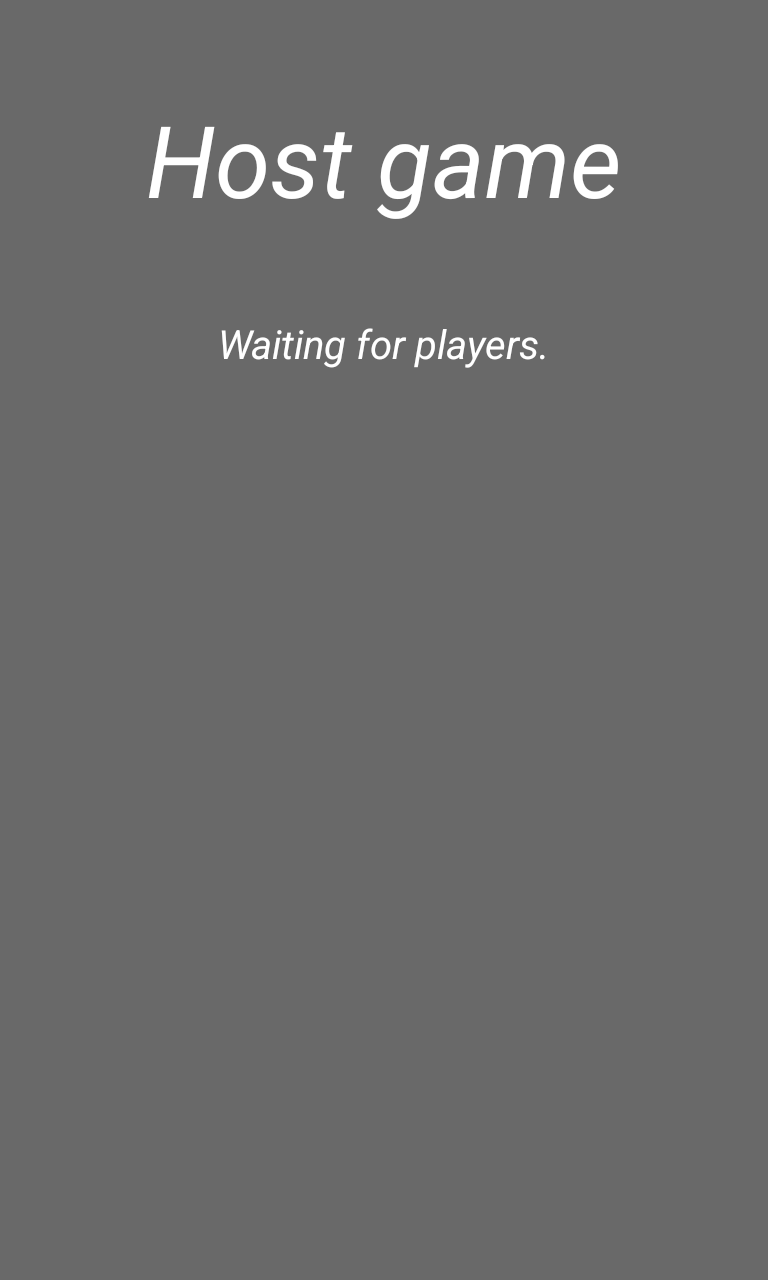
Repository: Hannanina/GuessTag
Layout: GuessTag/res/layout/activity_wait_host.xml
These files come from the project's save history. The layout is drawn as it stood at one moment and after the next save; the edit follows.
It is drawn on a 768 x 1280 px phone screen (xhdpi) without system bars, with theme AppTheme; the app's code is not run.

Above is the layout before, as saved 2014-12-10 13:50:35.

### GuessTag/res/layout/activity_wait_host.xml
<LinearLayout xmlns:android="http://schemas.android.com/apk/res/android"
    xmlns:tools="http://schemas.android.com/tools"
    android:layout_width="match_parent"
    android:layout_height="match_parent"
    android:paddingBottom="@dimen/activity_vertical_margin"
    android:paddingLeft="@dimen/activity_horizontal_margin"
    android:paddingRight="@dimen/activity_horizontal_margin"
    android:paddingTop="@dimen/activity_vertical_margin"
    android:orientation="vertical"
    android:background="@color/DimGray"
    tools:context="com.example.guesstag.WaitHostActivity" >

    <TextView
        android:id="@+id/host_wait_heading"
        android:layout_marginTop="30dp"
        android:layout_marginBottom="15dp"
        android:layout_width="wrap_content"
	    android:layout_height="wrap_content"
	    android:layout_gravity="center"
	    android:text="@string/host_wait_heading"
	    android:textStyle="italic"
	    android:textSize="50sp"
	    android:textColor="@color/White">
    </TextView>

    <TextView
        android:id="@+id/waiting_for_players"
        android:layout_marginTop="30dp"
        android:layout_marginBottom="15dp"
        android:layout_width="wrap_content"
	    android:layout_height="wrap_content"
	    android:layout_gravity="center"
	    android:text="@string/waiting_for_players"
	    android:textStyle="italic"
	    android:textSize="20sp"
	    android:textColor="@color/White">
    </TextView>

</LinearLayout>

### GuessTag/res/values/colors.xml
<?xml version="1.0" encoding="utf-8"?>
<resources>
 <color name="white">#FFFFFF</color>
 <color name="yellow">#FFFF00</color>
 <color name="fuchsia">#FF00FF</color>
 <color name="red">#FF0000</color>
 <color name="silver">#C0C0C0</color>
 <color name="gray">#808080</color>
 <color name="olive">#808000</color>
 <color name="purple">#800080</color>
 <color name="maroon">#800000</color>
 <color name="aqua">#00FFFF</color>
 <color name="lime">#00FF00</color>
 <color name="teal">#008080</color>
 <color name="green">#008000</color>
 <color name="blue">#0000FF</color>
 <color name="navy">#000080</color>
 <color name="black">#000000</color>


 <color name="White">#FFFFFF</color>
 <color name="Ivory">#FFFFF0</color>
 <color name="LightYellow">#FFFFE0</color>
 <color name="Yellow">#FFFF00</color>
 <color name="Snow">#FFFAFA</color>
 <color name="FloralWhite">#FFFAF0</color>
 <color name="LemonChiffon">#FFFACD</color>
 <color name="Cornsilk">#FFF8DC</color>
 <color name="Seashell">#FFF5EE</color>
 <color name="LavenderBlush">#FFF0F5</color>
 <color name="PapayaWhip">#FFEFD5</color>
 <color name="BlanchedAlmond">#FFEBCD</color>
 <color name="MistyRose">#FFE4E1</color>
 <color name="Bisque">#FFE4C4</color>
 <color name="Moccasin">#FFE4B5</color>
 <color name="NavajoWhite">#FFDEAD</color>
 <color name="PeachPuff">#FFDAB9</color>
 <color name="Gold">#FFD700</color>
 <color name="Pink">#FFC0CB</color>
 <color name="LightPink">#FFB6C1</color>
 <color name="Orange">#FFA500</color>
 <color name="LightSalmon">#FFA07A</color>
 <color name="DarkOrange">#FF8C00</color>
 <color name="Coral">#FF7F50</color>
 <color name="HotPink">#FF69B4</color>
 <color name="Tomato">#FF6347</color>
 <color name="OrangeRed">#FF4500</color>
 <color name="DeepPink">#FF1493</color>
 <color name="Fuchsia">#FF00FF</color>
 <color name="Magenta">#FF00FF</color>
 <color name="Red">#FF0000</color>
 <color name="OldLace">#FDF5E6</color>
 <color name="LightGoldenrodYellow">#FAFAD2</color>
 <color name="Linen">#FAF0E6</color>
 <color name="AntiqueWhite">#FAEBD7</color>
 <color name="Salmon">#FA8072</color>
 <color name="GhostWhite">#F8F8FF</color>
 <color name="MintCream">#F5FFFA</color>
 <color name="WhiteSmoke">#F5F5F5</color>
 <color name="Beige">#F5F5DC</color>
 <color name="Wheat">#F5DEB3</color>
 <color name="SandyBrown">#F4A460</color>
 <color name="Azure">#F0FFFF</color>
 <color name="Honeydew">#F0FFF0</color>
 <color name="AliceBlue">#F0F8FF</color>
 <color name="Khaki">#F0E68C</color>
 <color name="LightCoral">#F08080</color>
 <color name="PaleGoldenrod">#EEE8AA</color>
 <color name="Violet">#EE82EE</color>
 <color name="DarkSalmon">#E9967A</color>
 <color name="Lavender">#E6E6FA</color>
 <color name="LightCyan">#E0FFFF</color>
 <color name="BurlyWood">#DEB887</color>
 <color name="Plum">#DDA0DD</color>
 <color name="Gainsboro">#DCDCDC</color>
 <color name="Crimson">#DC143C</color>
 <color name="PaleVioletRed">#DB7093</color>
 <color name="Goldenrod">#DAA520</color>
 <color name="Orchid">#DA70D6</color>
 <color name="Thistle">#D8BFD8</color>
 <color name="LightGrey">#D3D3D3</color>
 <color name="Tan">#D2B48C</color>
 <color name="Chocolate">#D2691E</color>
 <color name="Peru">#CD853F</color>
 <color name="IndianRed">#CD5C5C</color>
 <color name="MediumVioletRed">#C71585</color>
 <color name="Silver">#C0C0C0</color>
 <color name="DarkKhaki">#BDB76B</color>
 <color name="RosyBrown">#BC8F8F</color>
 <color name="MediumOrchid">#BA55D3</color>
 <color name="DarkGoldenrod">#B8860B</color>
 <color name="FireBrick">#B22222</color>
 <color name="PowderBlue">#B0E0E6</color>
 <color name="LightSteelBlue">#B0C4DE</color>
 <color name="PaleTurquoise">#AFEEEE</color>
 <color name="GreenYellow">#ADFF2F</color>
 <color name="LightBlue">#ADD8E6</color>
 <color name="DarkGray">#A9A9A9</color>
 <color name="Brown">#A52A2A</color>
 <color name="Sienna">#A0522D</color>
 <color name="YellowGreen">#9ACD32</color>
 <color name="DarkOrchid">#9932CC</color>
 <color name="PaleGreen">#98FB98</color>
 <color name="DarkViolet">#9400D3</color>
 <color name="MediumPurple">#9370DB</color>
 <color name="LightGreen">#90EE90</color>
 <color name="DarkSeaGreen">#8FBC8F</color>
 <color name="SaddleBrown">#8B4513</color>
 <color name="DarkMagenta">#8B008B</color>
 <color name="DarkRed">#8B0000</color>
 <color name="BlueViolet">#8A2BE2</color>
 <color name="LightSkyBlue">#87CEFA</color>
 <color name="SkyBlue">#87CEEB</color>
 <color name="Gray">#808080</color>
 <color name="Olive">#808000</color>
 <color name="Purple">#800080</color>
 <color name="Maroon">#800000</color>
 <color name="Aquamarine">#7FFFD4</color>
 <color name="Chartreuse">#7FFF00</color>
 <color name="LawnGreen">#7CFC00</color>
 <color name="MediumSlateBlue">#7B68EE</color>
 <color name="LightSlateGray">#778899</color>
 <color name="SlateGray">#708090</color>
 <color name="OliveDrab">#6B8E23</color>
 <color name="SlateBlue">#6A5ACD</color>
 <color name="DimGray">#696969</color>
 <color name="MediumAquamarine">#66CDAA</color>
 <color name="CornflowerBlue">#6495ED</color>
 <color name="CadetBlue">#5F9EA0</color>
 <color name="DarkOliveGreen">#556B2F</color>
 <color name="Indigo">#4B0082</color>
 <color name="MediumTurquoise">#48D1CC</color>
 <color name="DarkSlateBlue">#483D8B</color>
 <color name="SteelBlue">#4682B4</color>
 <color name="RoyalBlue">#4169E1</color>
 <color name="Turquoise">#40E0D0</color>
 <color name="MediumSeaGreen">#3CB371</color>
 <color name="LimeGreen">#32CD32</color>
 <color name="DarkSlateGray">#2F4F4F</color>
 <color name="SeaGreen">#2E8B57</color>
 <color name="ForestGreen">#228B22</color>
 <color name="LightSeaGreen">#20B2AA</color>
 <color name="DodgerBlue">#1E90FF</color>
 <color name="MidnightBlue">#191970</color>
 <color name="Aqua">#00FFFF</color>
 <color name="Cyan">#00FFFF</color>
 <color name="SpringGreen">#00FF7F</color>
 <color name="Lime">#00FF00</color>
 <color name="MediumSpringGreen">#00FA9A</color>
 <color name="DarkTurquoise">#00CED1</color>
 <color name="DeepSkyBlue">#00BFFF</color>
 <color name="DarkCyan">#008B8B</color>
 <color name="Teal">#008080</color>
 <color name="Green">#008000</color>
 <color name="DarkGreen">#006400</color>
 <color name="Blue">#0000FF</color>
 <color name="MediumBlue">#0000CD</color>
 <color name="DarkBlue">#00008B</color>
 <color name="Navy">#000080</color>
 <color name="Black">#000000</color>
</resources>

### GuessTag/res/values/strings.xml
<?xml version="1.0" encoding="utf-8"?>
<resources>

    <string name="app_name">guess#</string>
    <string name="hello_world">Hello world!</string>
    <string name="action_settings">Settings</string>

    <!-- BACK BUTTON -->
    <string name="button_back">Back</string>

    <!-- START ACTIVITY -->
    <string name="start_heading">guess#</string>
    <string name="button_start">Start new game</string>
    <string name="button_highscore">Highscore</string>
    <string name="button_rules">Rules</string>
    <string name="title_activity_rules">RulesActivity</string>

    <!-- RULES ACTIVITY -->
    <string name="rules_heading">Rules</string>
    <string name="rules_text">Lorem ipsum dolor sit amet, consectetuer adipiscing elit, sed diam nonummy nibh euismod tincidunt ut laoreet dolore magna aliquam erat volutpat. Ut wisi enim ad minim veniam, quis nostrud exerci tation ullamcorper suscipit lobortis nisl ut aliquip ex ea commodo consequat. Duis autem vel eum iriure dolor in hendrerit in vulputate velit esse molestie consequat, vel illum dolore eu feugiat nulla facilisis at vero eros et accumsan et iusto odio dignissim qui blandit praesent luptatum zzril delenit augue duis dolore te feugait nulla facilisi. Nam liber tempor cum soluta nobis eleifend option congue nihil imperdiet doming id quod mazim placerat facer possim assum. Typi non habent claritatem insitam; est usus legentis in iis qui facit eorum claritatem. Investigationes demonstraverunt lectores legere me lius quod ii legunt saepius. Claritas est etiam processus dynamicus, qui sequitur mutationem consuetudium lectorum. Mirum est notare quam littera gothica, quam nunc putamus parum claram, anteposuerit litterarum formas humanitatis per seacula quarta decima et quinta decima. Eodem modo typi, qui nunc nobis videntur parum clari, fiant sollemnes in futurum.</string>

    <!-- NEW ACTIVITY -->
    <string name="new_heading">Start new game</string>
    <string name="button_host">Host game</string>
    <string name="button_join">Join game</string>

    <!-- HOST ACTIVITY -->
    <string name="host_heading">Host game</string>
    <string name="game_name_instruction">Input game name</string>
    <string name="difficulty_setting_instruction">Set difficulty</string>
    <string name="input_game_name">Input game name</string>
    <string name="difficulty_setting_level">medium</string>
    <string name="button_create">Create game</string>

    <!-- WAIT HOST ACTIVITY -->
    <string name="host_wait_heading">Host game</string>
    <string name="waiting_for_players">Waiting for players.</string>

    <!-- WAIT GUEST ACTIVITY -->
    <string name="guest_wait_heading">Finding games.</string>

    <!-- INPUT TAG ACTIVITY -->
    <string name="title_activity_input_tag">InputTagActivity</string>
    <string name="title_activity_select_tagger">SelectTaggerActivity</string>

    <!-- TIMER ACTIVITY -->
    <string name="title_activity_timer">TimerActivity</string>
    <string name="title_activity_host">HostActivity</string>
    <string name="title_activity_guess_tag">GuessTagActivity</string>
    <string name="title_activity_result_round">ResultRoundActivity</string>
    <string name="title_activity_join_game">JoinGameActivity</string>
    <string name="title_activity_result_final">ResultFinalActivity</string>
    <string name="title_activity_wait_host">WaitHostActivity</string>

</resources>

Loaded but not shown: GuessTag/res/values/styles.xml (common file); GuessTag/res/values-v11/styles.xml (common file); GuessTag/res/values-v14/styles.xml (common file); GuessTag/res/values/dimens.xml (common file); GuessTag/res/values-w820dp/dimens.xml (common file)

After the next save:
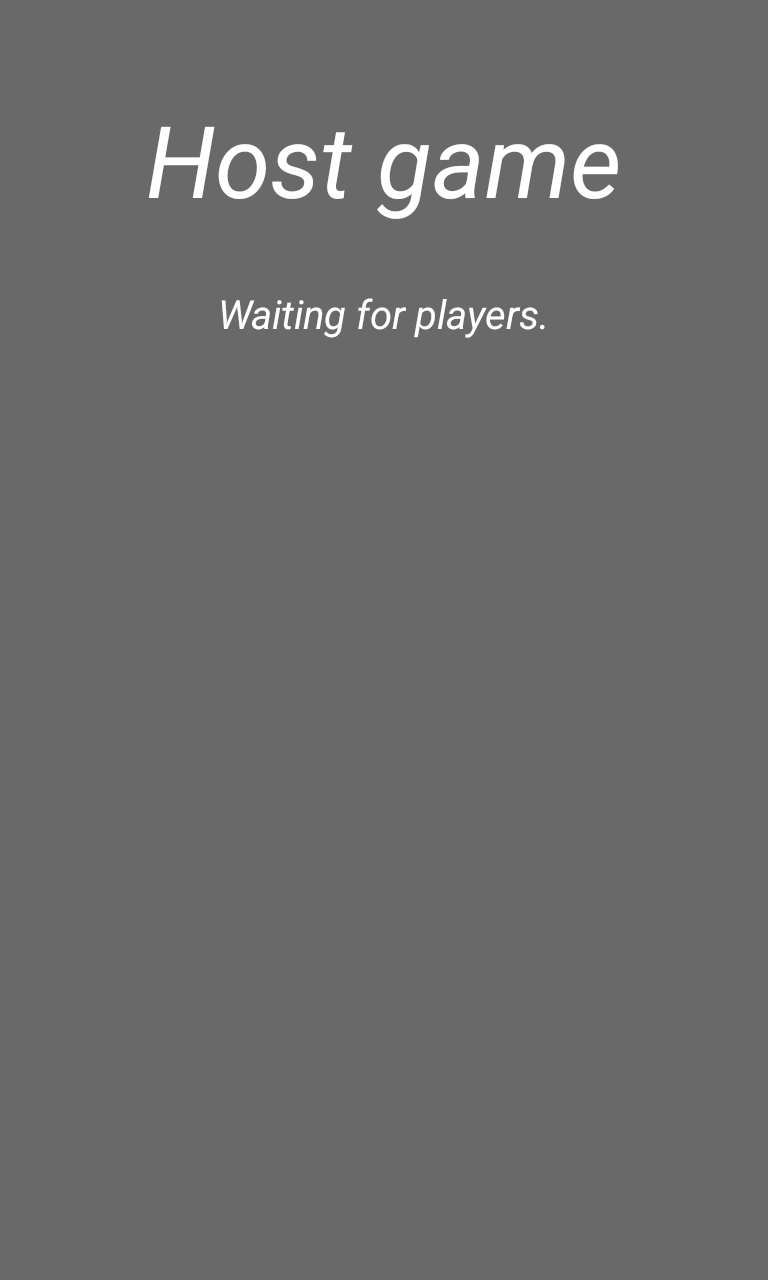
Saved 13 s later.
--- a/GuessTag/res/layout/activity_wait_host.xml
+++ b/GuessTag/res/layout/activity_wait_host.xml
@@ -25,7 +25,7 @@
 
     <TextView
         android:id="@+id/waiting_for_players"
-        android:layout_marginTop="30dp"
+        android:layout_marginTop="15dp"
         android:layout_marginBottom="15dp"
         android:layout_width="wrap_content"
 	    android:layout_height="wrap_content"
